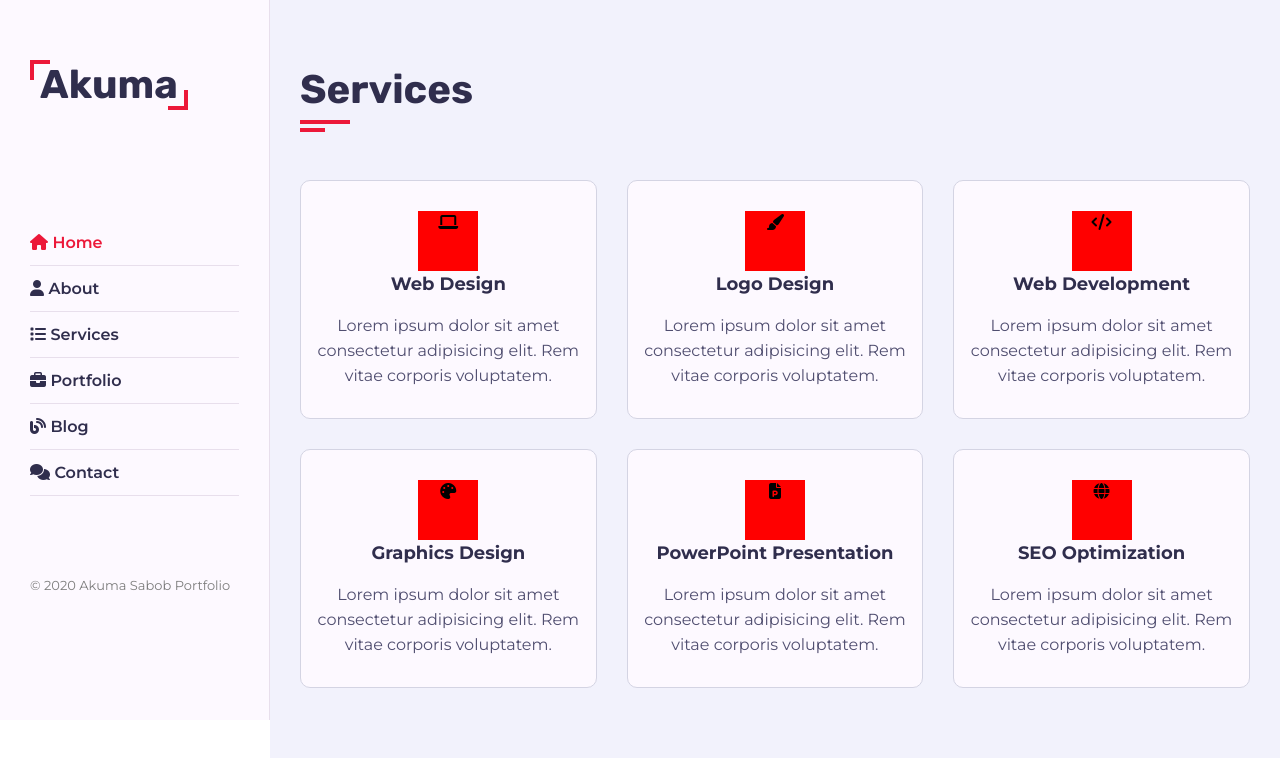
Repository: Akuma001/MY-Portfolio
Page: index.html
These files come from the project's save history. The page is drawn as it stood at one moment and after the next save; the edit follows.
The browser window is 1280 px wide. The pictures show the whole page.
Some web libraries are served in a nearby version.

Above is the page before, as saved 2020-12-15 11:40:41.

After the next save:
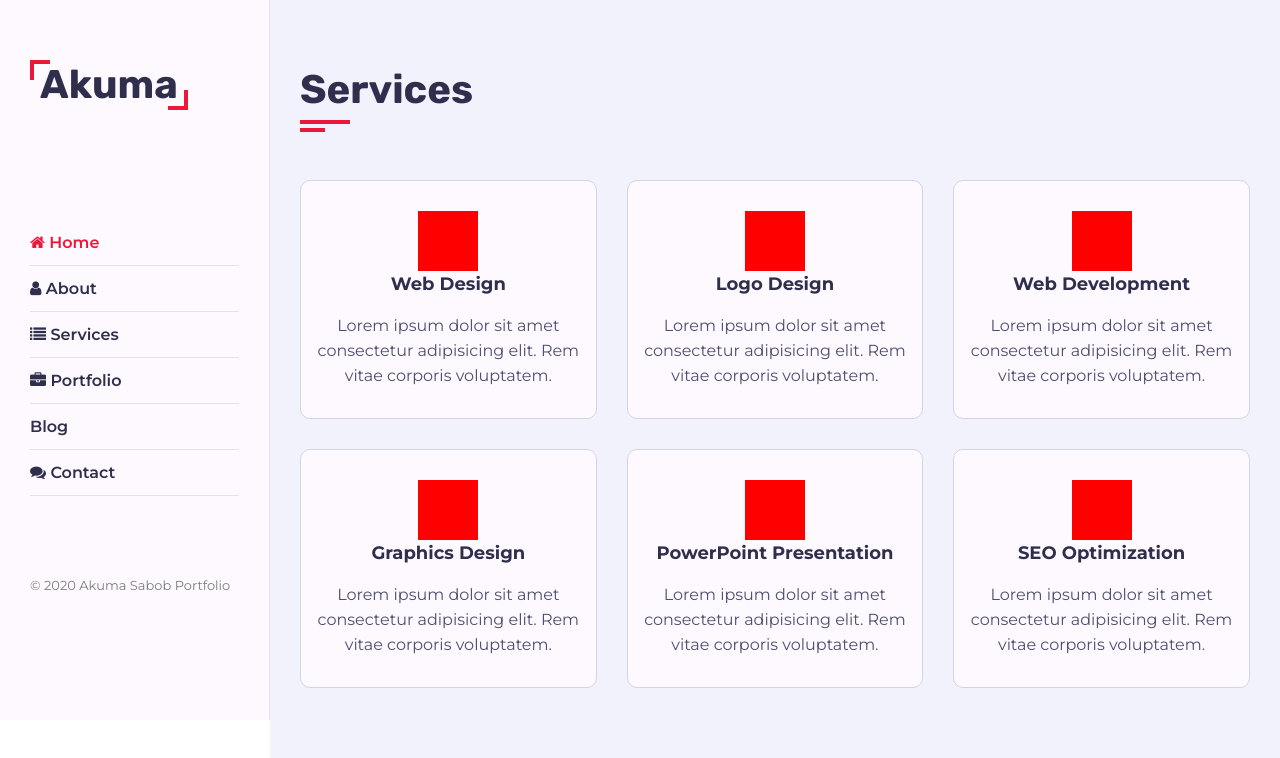
Saved 32 s later.
--- a/index.html
+++ b/index.html
@@ -12,9 +12,9 @@
   <link rel="apple-touch-icon" sizes="180x180" href="/apple-touch-icon.png">
   <link rel="icon" type="image/png" sizes="32x32" href="/favicon-32x32.png">
   <link rel="icon" type="image/png" sizes="16x16" href="/favicon-16x16.png">
-  <!-- <link rel="manifest" href="/site.webmanifest"> -->
+  <link rel="manifest" href="/site.webmanifest">
   <!------------Font-Awesome---------------->
-  <script src="https://kit.fontawesome.com/bd6f97032f.js" crossorigin="anonymous"></script>
+  <!-- <script src="https://kit.fontawesome.com/bd6f97032f.js" crossorigin="anonymous"></script> -->
 </head>
 <body>
 <!-----------Main------------->

After the save that followed:
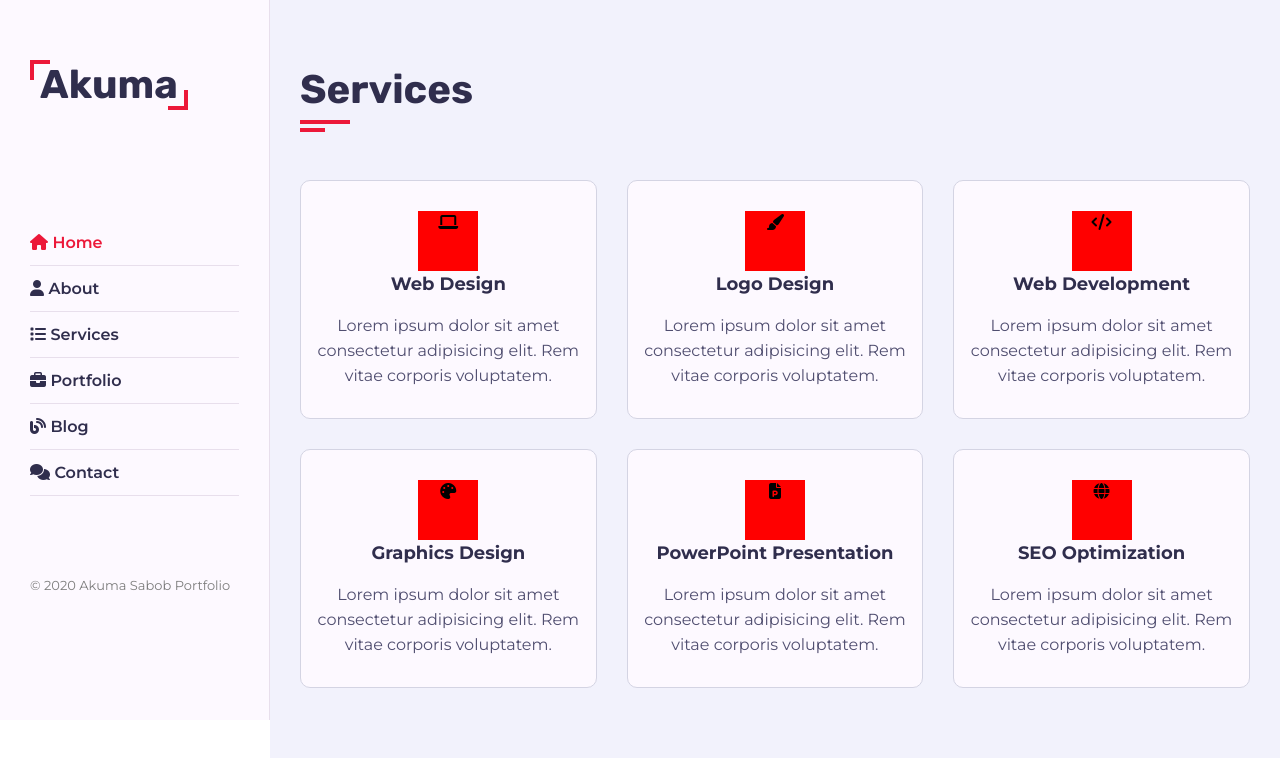
Saved 22 s later.
--- a/index.html
+++ b/index.html
@@ -14,7 +14,7 @@
   <link rel="icon" type="image/png" sizes="16x16" href="/favicon-16x16.png">
   <link rel="manifest" href="/site.webmanifest">
   <!------------Font-Awesome---------------->
-  <!-- <script src="https://kit.fontawesome.com/bd6f97032f.js" crossorigin="anonymous"></script> -->
+  <script src="https://kit.fontawesome.com/bd6f97032f.js" crossorigin="anonymous"></script>
 </head>
 <body>
 <!-----------Main------------->
